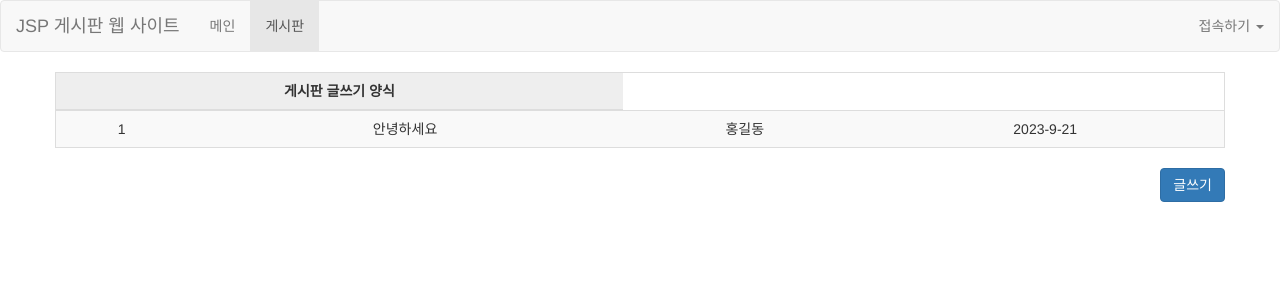
Repository: TheChok/BbsClone
Page: http://localhost/BBS/write.jsp
These files come from the project's save history. The page is drawn as it stood at one moment and after the next save; the edit follows.
The browser window is 1280 px wide. The pictures show the whole page.
Some web libraries are served in a nearby version. The page is served by Tomcat 9. Other server files are loaded and not shown.

Above is the page before, as saved 2023-09-21 12:00:37.

### BBS/src/main/webapp/write.jsp
<%@ page language="java" contentType="text/html; charset=UTF-8" pageEncoding="UTF-8" %>
<%@ page import="java.io.PrintWriter" %>
<!DOCTYPE html>
<html>
<head>
	<meta http-equiv="Content-Type" content="text/html; charset=UTF-8">
	<meta name="viewport" content="width=device-width", initial-scale="1">
	<link rel="stylesheet" href="css/bootstrap.css">
	<title>JSP 게시판 웹 사이트</title>
</head>
<body>
	<%
		String userID = null;
		if(session.getAttribute("userID") != null) {
			userID = (String) session.getAttribute("userID");
		}
	%>
	<!-- navbar -->
	<nav class="navbar navbar-default">
		<div class="navbar-header">
			<button type="button" class="navbar-toggle"
				data-toggle="collapse" data-target="#bs-example-navbar-collapse-1"
				aria-expanded="false">
				<span class="icon-bar"></span>
				<span class="icon-bar"></span>
				<span class="icon-bar"></span>
			</button>
			<a class="navbar-brand" href="main.jsp">JSP 게시판 웹 사이트</a>
		</div>

		<div class="collapse navbar-collapse" id="bs-example-navbar-collapse-1">
			<ul class="nav navbar-nav">
				<li><a href="main.jsp">메인</a></li>
				<li class='active'><a href="bbs.jsp">게시판</a></li>
			</ul>

			<%
				if(userID == null) {
			%>
				<ul class="nav navbar-nav navbar-right">
					<li class="dropdown">
						<a href="#" class="dropdown-toggle"
							data-toggle="dropdown" role="button" aria-haspopup="true"
							aria-expanded="false">
							접속하기
							<span class="caret"></span>
						</a>
						<ul class="dropdown-menu">
							<li><a href="login.jsp">로그인</a></li>
							<li><a href="join.jsp">회원가입</a></li>
						</ul>
					</li>
				</ul>
			<%
				} else {
			%>
				<ul class="nav navbar-nav navbar-right">
					<li class="dropdown">
						<a href="#" class="dropdown-toggle"
							data-toggle="dropdown" role="button" aria-haspopup="true"
							aria-expanded="false">
							회원관리
							<span class="caret"></span>
						</a>
						<ul class="dropdown-menu">
							<li><a href="logoutAction.jsp">로그아웃</a></li>
						</ul>
					</li>
				</ul>
			<%
				}
			%>
		</div>
	</nav>
	<!-- End - navbar -->

	<div class="container">
		<div class="row">
			<table class="table table-striped" style="text-align:center; border:1px solid #dddddd">
				<thead>
					<tr>
						<th colspan="2" style="background-color:#eeeeee; text-align:center;">게시판 글쓰기 양식</th>
					</tr>
				</thead>
				<tbody>
					<tr>
						<td>1</td>
						<td>안녕하세요</td>
						<td>홍길동</td>
						<td>2023-9-21</td>
					</tr>
				</tbody>
			</table>
			<a href="write.jsp" class="btn btn-primary pull-right">글쓰기</a>
		</div>
	</div>



	<script src="https://code.jquery.com/jquery-3.1.1.min.js"></script>
	<script src="js/bootstrap.js"></script>
</body>
</html>

Loaded but not shown: BBS/src/main/webapp/css/bootstrap.css (library); BBS/src/main/webapp/js/bootstrap.js (library)

After the next save:
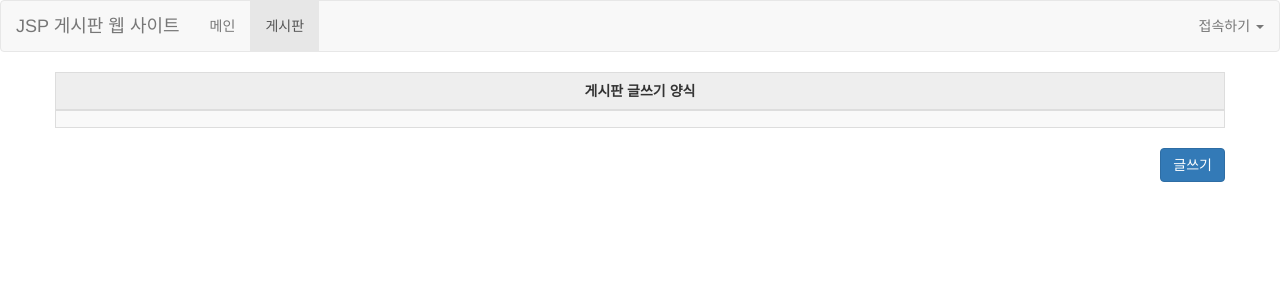
Saved 19 s later.
--- a/BBS/src/main/webapp/write.jsp
+++ b/BBS/src/main/webapp/write.jsp
@@ -84,10 +84,8 @@
 				</thead>
 				<tbody>
 					<tr>
-						<td>1</td>
-						<td>안녕하세요</td>
-						<td>홍길동</td>
-						<td>2023-9-21</td>
+						<td></td>
+						<td></td>
 					</tr>
 				</tbody>
 			</table>
